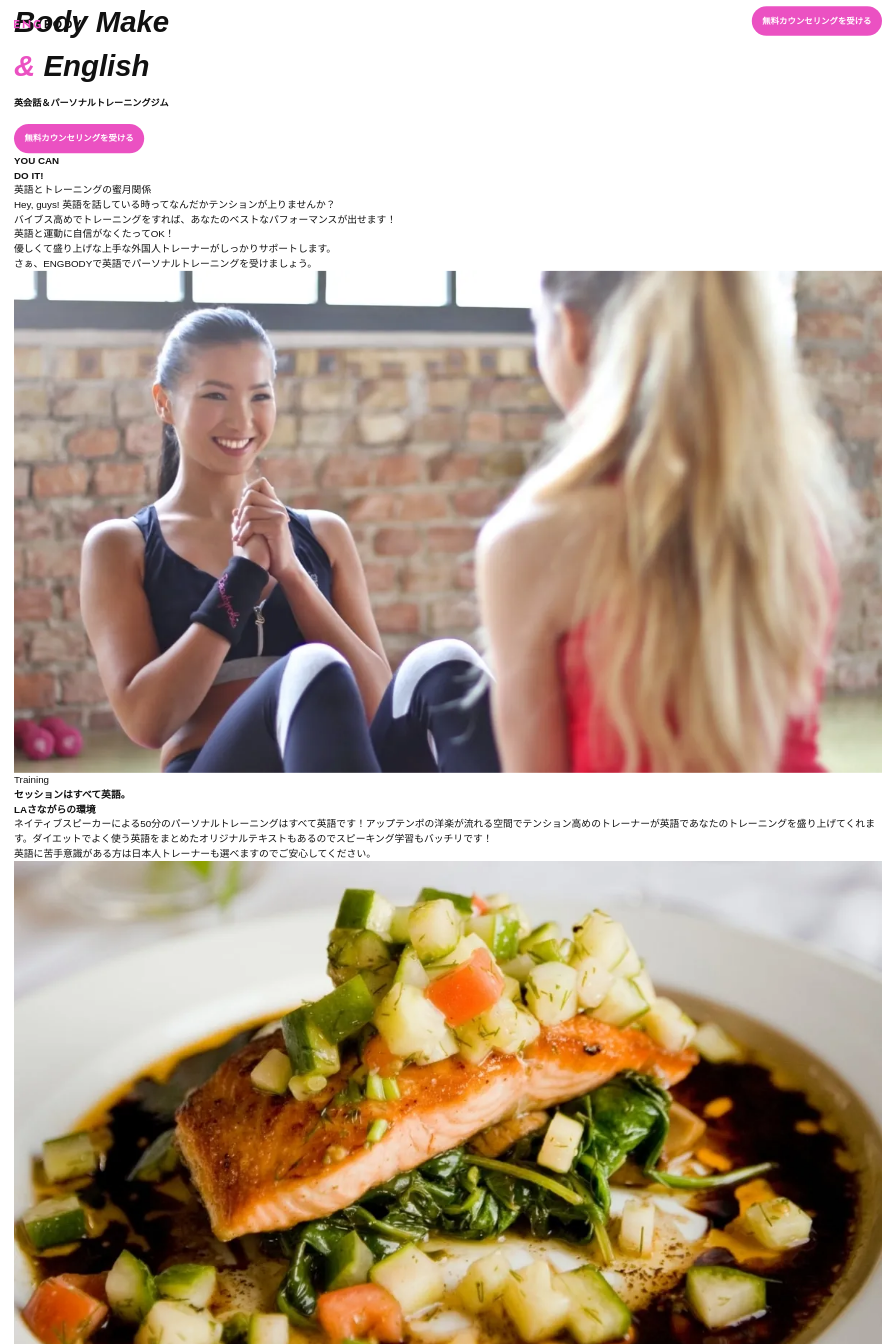
Repository: tetishi/engbody
Page: index.html
These files come from the project's save history. The page is drawn as it stood at one moment and after a run of saves; the edit follows.
The browser window is 1280 px wide. The pictures show the part of the page from y = 0 to 1920 px (the page is 12144 px tall), at 70% of full size.
The style sheet was rebuilt from its Sass, Less or Tailwind sources for each picture, by a compiler version that may differ from the author's.

Above is the page before, as saved 2023-07-25 17:07:11.

### index.html
<!DOCTYPE html>
<html lang="en">
<head>
    <meta charset="UTF-8">
    <meta name="viewport" content="width=device-width, initial-scale=1.0">
    <title>ENGBODY</title>
    <link href="https://fonts.googleapis.com/css2?family=Josefin+Sans:ital,wght@0,400;0,700;1,400;1,700&display=swap" rel="stylesheet">
    <link rel="stylesheet" href="./css/reset.css">
    <link rel="stylesheet" href="./css/style.css">
</head>
<body>
    <header class="header">
        <div class="header-inner">
            <h2 class="nav-title">
                <a href="#">
                    <img src="img/engbody.svg" alt="ENGBODY">
                </a>
            </h2>
            <nav class="header-nav">
                <div class="counseling-btn">
                    <a href="#">無料カウンセリングを受ける</a>
                </div>
            </nav>
        </div>
    </header>

    <main>
        <!-- fv -->
        <div class="fv">
            <div class="section-inner">
                <h2 class="page-title">
                    Body Make<br>
                    <span>&</span> English
                </h2>
                <div class="page-title-bottom">
                    英会話＆パーソナルトレーニングジム
                </div>
                <div class="counseling-btn">
                    <a href="#">無料カウンセリングを受ける</a>
                </div>
            </div>
        </div>

        <section id="concept" class="section-wrapper">
            <div class="section-outer">
                <div class="section-inner">
                    <h2 class="catchphrase">
                        YOU CAN<br class="sp">
                        DO IT!
                    </h2>
                    <p class="section-under-title">
                        英語とトレーニングの<span class="phrase">蜜月関係</span>
                    </p>
                    <p class="concept-text">
                        Hey, guys! 英語を話している時ってなんだかテンションが上りませんか？<br>
                        バイブス高めでトレーニングをすれば、あなたのベストなパフォーマンスが出せます！<br>
                        英語と運動に自信がなくたってOK！<br>
                        優しくて盛り上げな上手な外国人トレーナーがしっかりサポートします。<br>
                        さぁ、ENGBODYで英語でパーソナルトレーニングを受けましょう。
                    </p>
                    <div class="training-box">
                        <div class="training-img">
                            <picture>
                                <source srcset="img/training.webp" type="image/webp">
                                <img src="img/training.jpg" alt="外国人のパーソナルトレーナーがお客様に英語とトレーニングをサポートしている様子">
                            </picture>
                        </div>
                        <div class="training-text">
                            <p class="training-top">
                                Training
                            </p>
                            <h3 class="training-title">
                                セッションはすべて英語。<br>
                                LAさながらの環境
                            </h3>
                            <p class="training-description">
                                ネイティブスピーカーによる50分のパーソナルトレーニングはすべて英語です！アップテンポの洋楽が流れる空間でテンション高めのトレーナーが英語であなたのトレーニングを盛り上げてくれます。ダイエットでよく使う英語をまとめたオリジナルテキストもあるのでスピーキング学習もバッチリです！<br>
                                英語に苦手意識がある方は日本人トレーナーも選べますのでご安心してください。
                            </p>
                        </div>
                    </div>
                    <div class="food-box">
                        <div class="food-img">
                            <picture>
                                <source srcset="img/food.webp" type="image/webp">
                                <img src="img/food.jpg" alt="低糖質レストラン『LCR』の魚と野菜の盛り合わせメニューの写真">
                            </picture>
                        </div>
                        <div class="food-text">
                            <p class="food-top">
                                Food
                            </p>
                            <h3 class="food-title">
                                低糖質レストランを完備！<br>
                                美味しく食べてダイエット
                            </h3>
                            <p class="food-description">
                                食事制限って大変ですよね......。でも大丈夫！ENGBODY館内には低糖質レストラン『LCR』を完備しています。Low carb（低糖質）なのにとっても美味しい味に驚くはずです！メニューも豊富で飽きさせません。美味しく食べてしっかり痩せる！しかも英語力もアップ！それがENGBODYなのです。
                            </p>
                        </div>
                    </div>
                    <div class="counseling-btn">
                        <a href="#">無料カウンセリングを受ける</a>
                    </div>
                </div>
            </div>

        </section>

        <section class="section-wrapper">
            <div class="section-outer">
                <div class="section-inner">
                    <h2 class="section-title">
                        Our Trainer
                        <span>トレーナー</span>
                    </h2>
                    <div class="select-option">
                        <p class="trainer">
                            トレーナー
                        </p>
                        <p class="staff">
                            スタッフ
                        </p>
                    </div>
                    <ul class="trainer-list">
                        <li class="trainer-item">
                            <picture>
                                <source srcset="img/trainer01.webp" type="image/webp">
                                <img src="img/trainer01.jpg" alt="日本人女性のトレーナーの写真">
                            </picture>
                            <p class="trainer-greeting">
                                こんにちは！英語で楽しくトレーニングしましょう。日本語が話せますのでご安心ください。
                            </p>
                        </li>
                        <li class="trainer-item">
                            <picture>
                                <source srcset="img/trainer02.webp" type="image/webp">
                                <img src="img/trainer02.jpg" alt="外国人女性のトレーナーの写真">
                            </picture>
                            <p class="trainer-greeting">
                                Hello! 筋肉をつけすぎずしなやかな体を作ることが得意です！美しさを磨いていきましょう。
                            </p>
                        </li>
                        <li class="trainer-item">
                            <picture>
                                <source srcset="img/trainer03.webp" type="image/webp">
                                <img src="img/trainer03.jpg" alt="外国人男性のトレーナーの写真">
                            </picture>
                            <p class="trainer-greeting">
                                Hi, 負荷や強度の高いトレーニングがしたいならおまかせてください！どんなご要望もできるかぎり叶えますよ！
                            </p>
                        </li>
                    </ul>
                    <ul class="staff-list">
                        <li class="staff-item">
                            <picture>
                                <source srcset="img/staff01.webp" type="image/webp">
                                <img src="img/staff01.jpg" alt="日本人女性スタッフの写真">
                            </picture>
                            <p class="staff-greeting">
                                ENBODYは明るくてとっても楽しいジムです！みなさんのセッションが楽しくなるようしっかりサポートいたします。
                            </p>
                        </li>
                        <li class="staff-item">
                            <picture>
                                <source srcset="img/staff02.webp" type="image/webp">
                                <img src="img/staff02.jpg" alt="外国人男性スタッフの写真">
                            </picture>
                            <p class="staff-greeting">
                                Hi, please let me know anytime if you have any questions. We will fully support you!
                            </p>
                        </li>
                    </ul>
                </div>
            </div>
        </section>

        <section class="section-wrapper">
            <div class="section-outer">
                <div class="section-inner">
                    <h2 class="section-title">
                        Studio
                        <span>スタジオ</span>
                    </h2>
                    <div class="slide-image">
                        <picture>
                            <source srcset="img/studio01.webp" type="image/webp">
                            <img src="img/studio01.jpg" alt="後ろ姿の女性がトレーニング器具に座って、ダンベルを両手に持ち上げて、スタジオでトレーニングしている写真">
                        </picture>
                        <picture>
                            <source srcset="img/studio02.webp" type="image/webp">
                            <img src="img/studio02.jpg" alt="正面を向いた女性がトレーニング器具に座って、腕を上げてスタジオでトレーニングしている写真">
                        </picture>
                        <picture>
                            <source srcset="img/studio03.webp" type="image/webp">
                            <img src="img/studio03.jpg" alt="後ろ姿の男性がスタジオでバーベルを持ってウエイトトレーニングをしている写真">
                        </picture>
                    </div>
                </div>
            </div>
        </section>

        <section class="section-wrapper">
            <div class="section-outer">
                <div class="section-inner">
                    <h2 class="section-title">
                        Price
                        <span>料金</span>
                    </h2>
                    <ul class="price-list">
                        <li class="price-item">
                            <div class="price-box">
                                <p class="course">
                                    週１コース
                                </p>
                                <h3 class="course-price">
                                    ¥20,000
                                </h3>
                                <p class="admission-fee">
                                    （入会金 ¥10000）
                                </p>
                            </div>
                            <div class="rental-box">
                                <p class="course-top">
                                    レンタル
                                </p>
                                <p class="course-text">
                                    タオル、ウェア、プロテイン無料
                                </p>
                            </div>
                            <div class="restaurant-box">
                                <p class="course-top">
                                    レストラン
                                </p>
                                <p class="course-text">
                                    使用不可
                                </p>
                            </div>
                            <div class="diet-box">
                                <p class="course-top">
                                    食事指導
                                </p>
                                <p class="course-text">
                                    無し
                                </p>
                            </div>
                        </li>
                        <li class="price-item">
                            <p class="recommend">
                                オススメ！
                            </p>
                            <div class="price-box">
                                <p class="course">
                                    週２コース
                                </p>
                                <h3 class="course-price">
                                    ¥40,000
                                </h3>
                                <p class="admission-fee">
                                    （入会金 ¥10000）
                                </p>
                            </div>
                            <div class="rental-box">
                                <p class="course-top">
                                    レンタル
                                </p>
                                <p class="course-text">
                                    タオル、ウェア、プロテイン無料
                                </p>
                            </div>
                            <div class="restaurant-box">
                                <p class="course-top">
                                    レストラン
                                </p>
                                <p class="course-text">
                                    使用可
                                </p>
                            </div>
                            <div class="diet-box">
                                <p class="course-top">
                                    食事指導
                                </p>
                                <p class="course-text">
                                    有り
                                </p>
                            </div>
                        </li>
                        <li class="price-item">
                            <div class="price-box">
                                <p class="course">
                                    無制限
                                </p>
                                <h3 class="course-price">
                                    ¥70,000
                                </h3>
                                <p class="admission-fee">
                                    （入会金 ¥10000）
                                </p>
                            </div>
                            <div class="rental-box">
                                <p class="course-top">
                                    レンタル
                                </p>
                                <p class="course-text">
                                    タオル、ウェア、プロテイン無料
                                </p>
                            </div>
                            <div class="restaurant-box">
                                <p class="course-top">
                                    レストラン
                                </p>
                                <p class="course-text">
                                    使用可
                                </p>
                            </div>
                            <div class="diet-box">
                                <p class="course-top">
                                    食事指導
                                </p>
                                <p class="course-text">
                                    有り
                                </p>
                            </div>
                        </li>
                    </ul>
                </div>
            </div>
        </section>

        <section class="section-wrapper">
            <div class="section-outer">
                <div class="section-inner">
                    <h2 class="section-title">
                        FAQ
                        <span>よくあるご質問</span>
                    </h2>
                    <div class="faq-box">
                        <details class="faq-item">
                            <summary class="faq-top-text">
                                見学や体験は可能ですか？
                            </summary>
                            <p class="faq-bottom-text">
                                無料カウンセリングの際に見学が可能です。フォームに見学・体験希望の欄がございますので内容をご確認しチェックを入れてください。
                            </p>
                        </details>
                        <details class="faq-item">
                            <summary class="faq-top-text">
                                用意するものは何がありますか？
                            </summary>
                            <p class="faq-bottom-text">
                                シューズをご持参ください。ウェアとタオルは無料でレンタルが可能です。
                            </p>
                        </details>
                        <details class="faq-item">
                            <summary class="faq-top-text">
                                シャワールームはありますか？
                            </summary>
                            <p class="faq-bottom-text">
                                5つのシャワールームがございます。ボディソープ・シャンプー・リンスなどのアメニティやドライヤーもご用意しております。
                            </p>
                        </details>
                    </div>
                </div>
            </div>
        </section>

        <div class="free-counseling">
            <picture>
                <source srcset="img/sp_counseling_top.webp" type="image/webp">
                <img src="img/sp_counseling_top.jpg" alt="アジア人、黒人、白人の女性3人がトレーニングウェアを着て肩を組んで笑顔でこちらを見ている写真">
            </picture>
            <div class="counseling-container">
                <h3 class="invite-message">
                    Come join us!! 😊
                </h3>
                <div class="counseling-btn white">
                    <a href="#">無料カウンセリングを受ける</a>
                </div>
            </div>
        </div>

    </main>
    <footer class="footer">
        <div class="footer-text">
            ENGBODY
        </div>
    </footer>

    <a href="#" class="pagetop">
        <div class="pagetop-arrow">
            <i class="fas fa-angle-up"></i>
        </div>
    </a>
</body>
</html>

### css/reset.css
/*
html5doctor.com Reset Stylesheet
v1.6.1
Last Updated: 2010-09-17
Author: Richard Clark - http://richclarkdesign.com
Twitter: @rich_clark
*/

* {
    box-sizing: border-box;
}

html,
body,
div,
span,
object,
iframe,
h1,
h2,
h3,
h4,
h5,
h6,
p,
blockquote,
pre,
abbr,
address,
cite,
code,
del,
dfn,
em,
img,
ins,
kbd,
q,
samp,
small,
strong,
sub,
sup,
var,
b,
i,
dl,
dt,
dd,
ol,
ul,
li,
fieldset,
form,
label,
legend,
table,
caption,
tbody,
tfoot,
thead,
tr,
th,
td,
article,
aside,
canvas,
details,
figcaption,
figure,
footer,
header,
hgroup,
menu,
nav,
section,
summary,
time,
mark,
ruby,
audio,
video {
    margin: 0;
    padding: 0;
    border: 0;
    outline: 0;
    font-size: 100%;
    vertical-align: baseline;
    background: transparent;
}

body {
    line-height: 1.5;
}

img {
    width: 100%;
    height: auto;
    object-fit: cover;
}

button {
    background-color: transparent;
    border: none;
    cursor: pointer;
    outline: none;
    padding: 0;
    appearance: none;
}

article,
aside,
details,
figcaption,
figure,
footer,
header,
hgroup,
menu,
nav,
section {
    display: block;
}

nav ul {
    list-style: none;
}

li {
    list-style: none;
}

a {
    margin: 0;
    padding: 0;
    font-size: 100%;
    vertical-align: baseline;
    background: transparent;
}

input,
select {
    vertical-align: middle;
}

/*end reset css*/

### img/engbody.svg
<svg xmlns="http://www.w3.org/2000/svg" width="96.7" height="12.36" viewBox="0 0 96.697 12.356">
  <g id="Group_1" data-name="Group 1" transform="translate(-34.435 -35.05)">
    <path id="Path_13" data-name="Path 13" d="M-41.472-16.8a3.73,3.73,0,0,1,1.459,1.093,2.471,2.471,0,0,1,.524,1.559A2.878,2.878,0,0,1-40.674-11.6a5.1,5.1,0,0,1-2.957.814H-47.58V-22.2H-44.1a5.2,5.2,0,0,1,2.965.737,2.422,2.422,0,0,1,1.08,2.132,2.946,2.946,0,0,1-.371,1.5A2.77,2.77,0,0,1-41.472-16.8Zm-3.771-.729h1.418a1.3,1.3,0,0,0,1-.38,1.323,1.323,0,0,0,.355-.938,1.029,1.029,0,0,0-.4-.876,1.816,1.816,0,0,0-1.112-.3h-1.257Zm1.5,4.653a2.475,2.475,0,0,0,1.33-.318,1.051,1.051,0,0,0,.508-.954q0-1.21-2-1.21h-1.338v2.481Zm8.123-3.6a5.518,5.518,0,0,1,.814-2.9A6.036,6.036,0,0,1-32.6-21.521a5.975,5.975,0,0,1,3.022-.8,5.975,5.975,0,0,1,3.022.8,6.165,6.165,0,0,1,2.224,2.148,5.438,5.438,0,0,1,.83,2.9,5.413,5.413,0,0,1-.83,2.916,6.083,6.083,0,0,1-2.224,2.117,6.067,6.067,0,0,1-3.022.783,6.054,6.054,0,0,1-3.03-.783,5.973,5.973,0,0,1-2.2-2.117A5.493,5.493,0,0,1-35.622-16.473Zm2.417,0a3.551,3.551,0,0,0,.492,1.83,3.628,3.628,0,0,0,1.338,1.326,3.687,3.687,0,0,0,1.878.489,3.5,3.5,0,0,0,1.821-.489,3.517,3.517,0,0,0,1.289-1.318,3.68,3.68,0,0,0,.467-1.838,3.655,3.655,0,0,0-.483-1.861,3.6,3.6,0,0,0-1.313-1.326,3.57,3.57,0,0,0-1.845-.489,3.57,3.57,0,0,0-1.845.489,3.6,3.6,0,0,0-1.313,1.326A3.655,3.655,0,0,0-33.2-16.473ZM-18.909-22.2h3.546a7.413,7.413,0,0,1,3.739.845A5.2,5.2,0,0,1-9.49-19.164a6.36,6.36,0,0,1,.669,2.877,5.253,5.253,0,0,1-.806,2.9,5.34,5.34,0,0,1-2.168,1.931,6.641,6.641,0,0,1-2.99.675h-4.126Zm3.723,9.243a4.324,4.324,0,0,0,2.885-.9,3.2,3.2,0,0,0,1.064-2.59,3.609,3.609,0,0,0-.588-2.171A3.138,3.138,0,0,0-13.2-19.73a4.006,4.006,0,0,0-1.475-.31h-1.9v7.088ZM4.83-22.2.381-14.333v3.552H-1.955v-3.552L-6.323-22.2h2.885l2.724,5.273L1.945-22.2Z" transform="translate(126.302 57.708)" fill="#111"/>
    <path id="Path_14" data-name="Path 14" d="M-27.475-22.5v2.176h-5.753v2.44h5.093v2.176h-5.093v2.471h5.979v2.176h-8.316V-22.5Zm15.584,0v11.9h-.064l-8.3-7.227.048,6.761h-2.369V-22.95h.1l8.284,7.336-.048-6.885ZM3.049-12.211a3.177,3.177,0,0,1-.975.583,8.934,8.934,0,0,1-1.547.5,6.932,6.932,0,0,1-1.539.194,7.366,7.366,0,0,1-3.312-.707,5.264,5.264,0,0,1-2.2-1.958A5.311,5.311,0,0,1-7.3-16.454a6.568,6.568,0,0,1,.822-3.4,5.253,5.253,0,0,1,2.208-2.083,6.761,6.761,0,0,1,3.062-.692,8.506,8.506,0,0,1,2.031.233,7.636,7.636,0,0,1,1.676.606l-.757,2.1a5.979,5.979,0,0,0-1.281-.458A5.645,5.645,0,0,0-.9-20.355a4.244,4.244,0,0,0-2.957.933A3.556,3.556,0,0,0-4.88-16.656a3.356,3.356,0,0,0,.5,1.842,3.241,3.241,0,0,0,1.394,1.2,4.746,4.746,0,0,0,2.039.42,3.468,3.468,0,0,0,1.628-.3v-1.383H-1.367v-2.176H3.049Z" transform="translate(70 58)" fill="#eb51c2"/>
  </g>
</svg>

### css/style.scss
/* base */

html {
    font-size: 62.5%;
}
body {
    font-size: 1.4rem;
    font-family: 'Hiragino Sans', sans-serif;
    color: #111111;
}
h2 h3 {
    font-family: 'Josefin Sans', sans-serif;
}
img {
    vertical-align: bottom;
}
.section-inner {
    padding: 0 20px;
    // margin: 0 auto;
}
.section-title {
    font-size: 4rem;
    &:nth-of-type(2) {
        font-size: 3.2rem;
    }
    &:nth-of-type(odd) {
        color: #fff;
    }
    span {
        font-size: 1.4rem;
        margin-bottom: 30px;
        &:last-of-type {
            margin-bottom: 35px;
        }
    }
}
a {
    color: inherit;
    text-decoration: none;
}

// header
.header {
    position: fixed;
    width: 100%;
    top: 0;
    left: 0;
    z-index: 999;
}
.header-inner {
    display: flex;
    justify-content: space-between;
    align-items: center;
    height: 60px;
    padding: 0 20px;
}
.counseling-btn {
    font-weight: bold;
    color: #fff;
    font-size: 1.2rem;
    width: 186px;
    background-color: #EB51C2;
    text-align: center;
    vertical-align: middle;
    border-radius: 50px;
    padding: 12px 15px;
}

//fv
.page-title {
    font-size: 4.2rem;
    font-style: italic;
    span {
        color: #EB51C2;
    }
}
.page-title-bottom {
    font-size: 1.3rem;
    font-weight: bold;
    margin: 12px 0 19px;
}

After the next 2 saves:
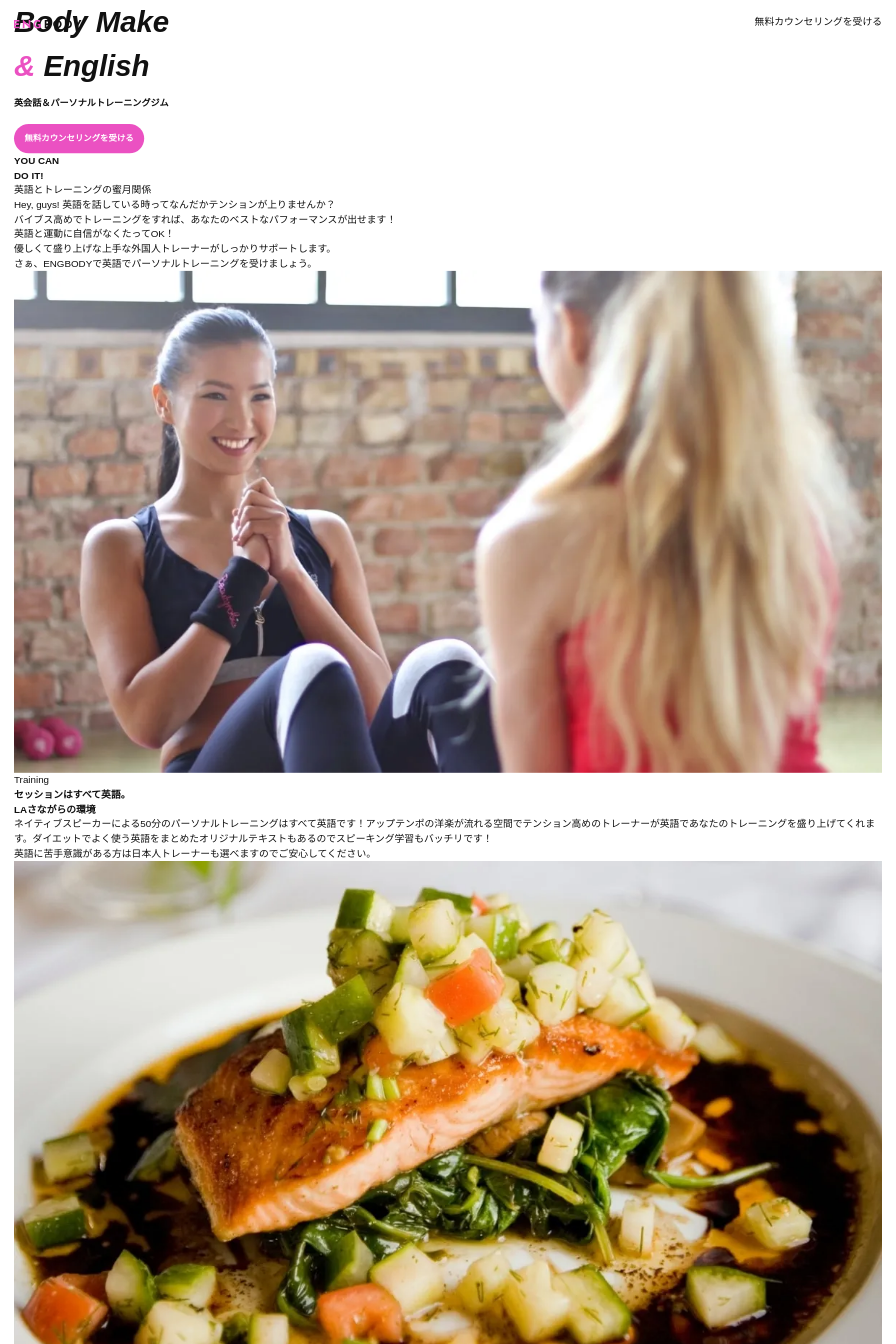
The 2 saves are shown as one change because they came seconds apart.
The last was saved 54 s later.
--- a/index.html
+++ b/index.html
@@ -17,7 +17,7 @@
                 </a>
             </h2>
             <nav class="header-nav">
-                <div class="counseling-btn">
+                <div class="counseling-btn-top">
                     <a href="#">無料カウンセリングを受ける</a>
                 </div>
             </nav>
